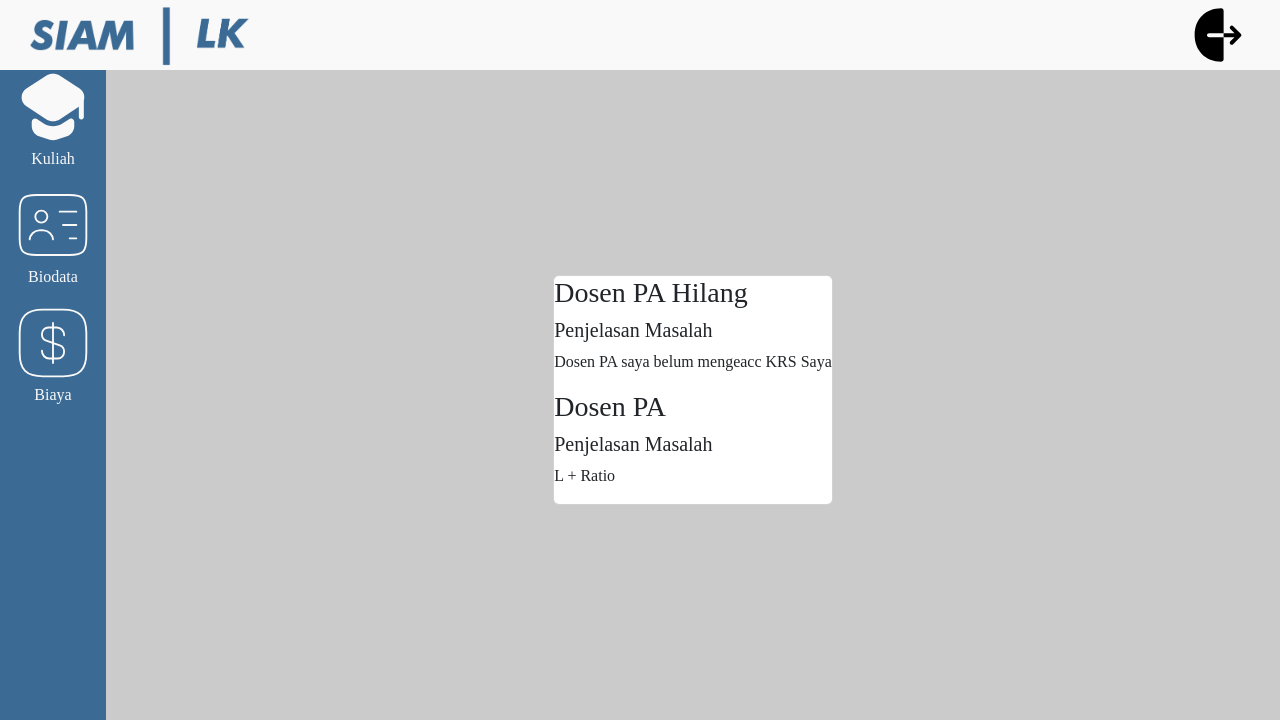
Repository: haikalirf/Project-IMK
Page: isitiket.html
An editor plug-in stored every save of this project. The page is shown before and after the next save, followed by the edit.
The browser window is 1280 px wide. The pictures show the whole page.
Some web fonts or font styles are not loaded; a fallback is used.

Above is the page before, as saved 2022-12-14 19:42:55.
Not found: scripts/.js

After the next save:
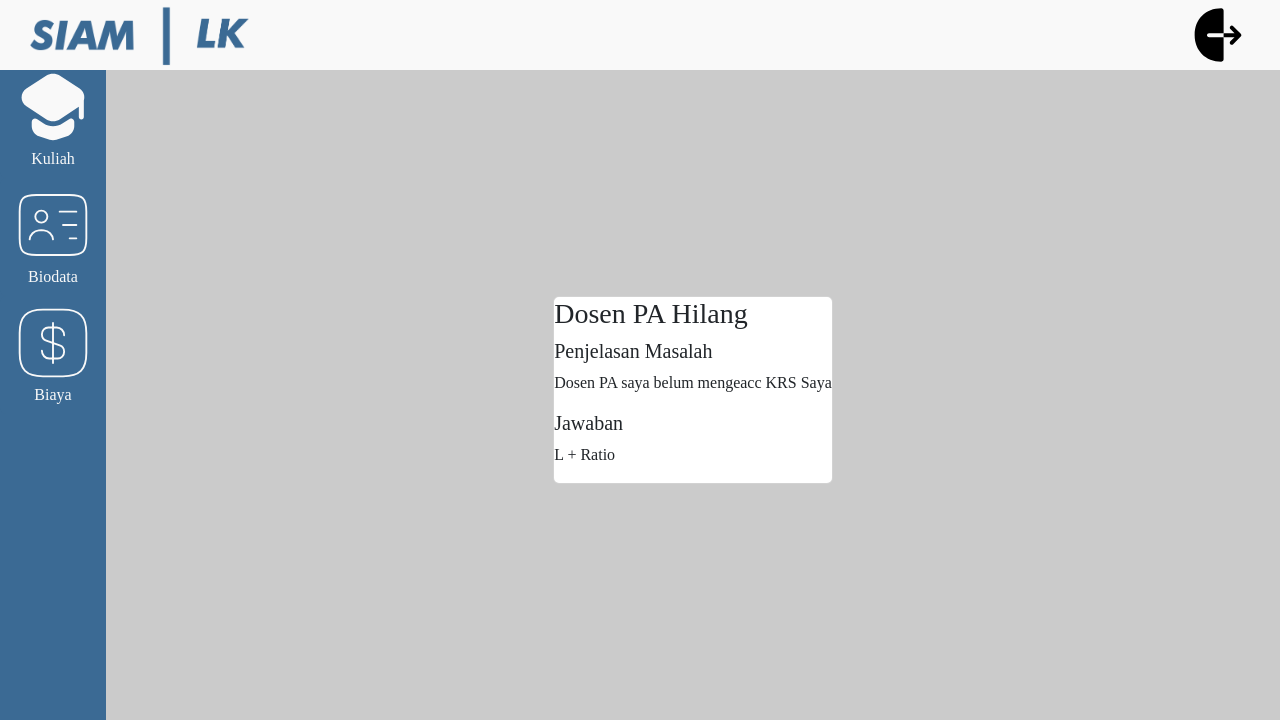
Saved 13 s later.
--- a/isitiket.html
+++ b/isitiket.html
@@ -47,9 +47,8 @@
 					<p>Dosen PA saya belum mengeacc KRS Saya</p>
 				</div>
 			</div>
-			<h3>Dosen PA </h3>
 			<div class="form-group">
-				<h5>Penjelasan Masalah</h5>
+				<h5>Jawaban</h5>
 				<div class="isi">
 					<p>L + Ratio</p>
 				</div>
